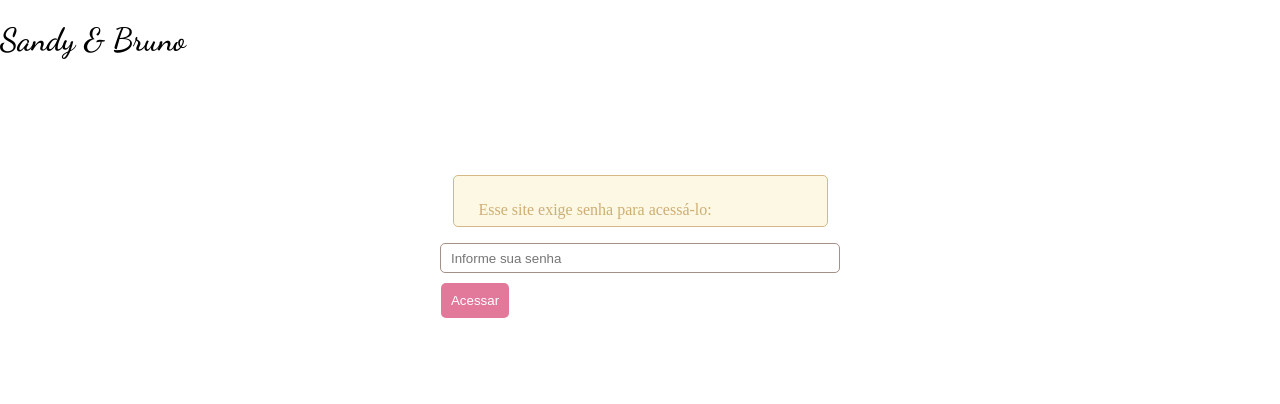
Repository: FerrazNathan/projetoBruno
Page: /login (app in projeto-bruno/)
An editor plug-in stored every save of this project. The page is shown before and after the next save, followed by the edit.
The browser window is 1280 px wide. The pictures show the whole page.
Some web fonts or font styles are not loaded; a fallback is used. The project was rebuilt for these pictures with package versions that can differ from the ones it lists, and the page was loaded fresh each time. The framework's server and built-in components were replaced by stand-ins that run in the browser. Also part of the build but not shown: projeto-bruno/next.config.js.

Above is the page before, as saved 2022-03-16 12:32:43.

### projeto-bruno/pages/_document.js
import Document, { Head, Main, NextScript } from 'next/document';
// Import styled components ServerStyleSheet
import { ServerStyleSheet } from 'styled-components';

export default class MyDocument extends Document {
  static getInitialProps({ renderPage }) {
    // Step 1: Create an instance of ServerStyleSheet
    const sheet = new ServerStyleSheet();

    // Step 2: Retrieve styles from components in the page
    const page = renderPage((App) => (props) =>
      sheet.collectStyles(<App {...props} />),
    );

    // Step 3: Extract the styles as <style> tags
    const styleTags = sheet.getStyleElement();

    // Step 4: Pass styleTags as a prop
    return { ...page, styleTags };
  }

  render() {
    return (
      <html>
        <Head>
          {/* Step 5: Output the styles in the head  */}
          {this.props.styleTags}
          <link rel="preconnect" href="https://fonts.googleapis.com" />
          <link rel="preconnect" href="https://fonts.gstatic.com" crossorigin />
          <link href="https: //fonts.googleapis.com/css2? family= Dancing+Script:wght@600 & display=swap" rel="stylesheet" />
        </Head>
        <body>
          <Main />
          <NextScript />
        </body>
      </html>
    );
  }
}

### projeto-bruno/pages/login.js
import React from 'react'
import Head from 'next/head'
import Form from '../components/Login'
import * as S from '../styles/styleLogin'


export default function Login() {
  return (
    <>
    <Head>
    <title>Projeto Bruno</title>

  </Head>
    <S.Content>
      <S.Box>
        <S.Title>Sandy & Bruno</S.Title>
      </S.Box>
      <Form />
    </S.Content>
    </>
  )
}

### projeto-bruno/styles/globals.css
@import url('https://fonts.googleapis.com/css2?family=Dancing+Script:wght@400;500;600&family=Source+Serif+Pro:wght@200;400&display=swap');

html,
body {
  padding: 0;
  margin: 0;
}

a {
  color: inherit;
  text-decoration: none;
}

* {
  box-sizing: border-box;
}

### projeto-bruno/components/Login/index.js
import React, { useState } from 'react'
import { useRouter } from 'next/router'
import * as S from './styles'

export default function Form() {

  const [password, setPassword] = useState('')
  const acesso = '9876543210'
  const redirect = useRouter()

  const submit = (event) => {
    event.preventDefault()

    if (password === acesso) {
      localStorage.setItem('logged', 'isLogged')
      redirect.push('/')
    }
  }

  return (
    <S.Container onSubmit={submit}>
      <S.Title>Esse site exige senha para acessá-lo:</S.Title>
      <S.Input
        type="password"
        placeholder="Informe sua senha"
        value={password}
        onChange={(event) => setPassword(event.target.value)}
      />
      <S.Button type='submit'>Acessar</S.Button>
    </S.Container>
  )
}

### projeto-bruno/styles/styleLogin.js
import styled from 'styled-components'

export const Content = styled.body`
  /* background-image: url(/src/assets/indice.jpeg); */
`

export const Box = styled.div`

`

export const Title = styled.h1`
  font-family: 'Dancing Script', cursiva;
`

### projeto-bruno/components/Login/styles.js
import styled from 'styled-components';

export const Container = styled.form`
  max-width: 1200px;
  width: 100%;
  margin: 100px auto;
  display: flex;
  align-items: center;
  justify-content: center;
  flex-direction: column;
`

export const Title = styled.p`
  color: #ceae74;
  background-color: #fcf8e3;
  width: 375px;
  height: 25px;
  border-radius: 5px;
  padding: 25px;
  border: 1px solid #d5b985;
  font-weight: 500;
`

export const Input = styled.input`
  width: 400px;
  height: 30px;
  border-radius: 5px;
  border: 1px solid #a49186;
  margin-bottom: 10px;
  outline: 0;
  padding: 10px;
  cursor: pointer;
  &:focus{
    background-color: #e8f0fe;
  }
`

export const Button = styled.button`
  background-color: #e2799b;
  color: #FFF;
  border-radius: 5px;
  border: none;
  padding: 10px;
  margin-right: 330px;
  cursor: pointer;
`

Loaded but not shown: projeto-bruno/pages/_app.js (common file)

After the next save:
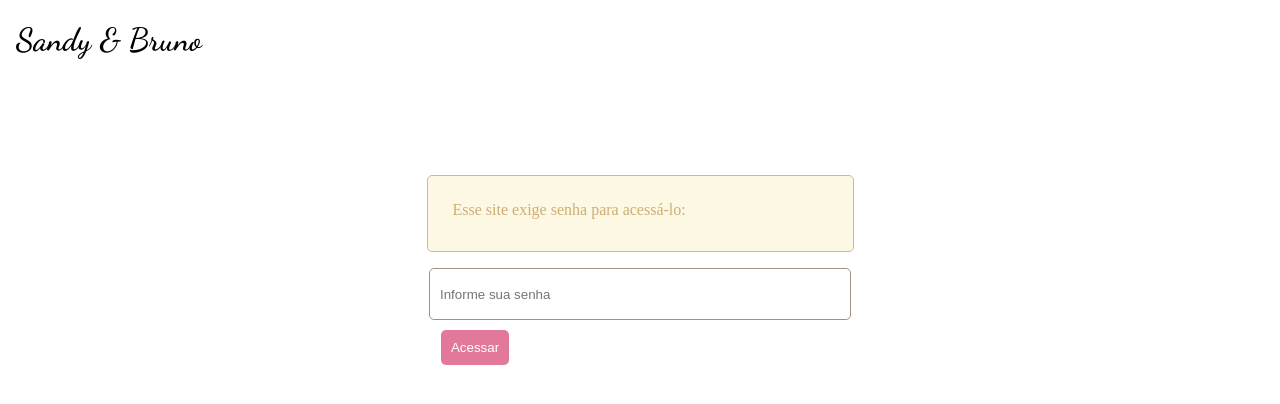
Saved 51 s later.
--- a/projeto-bruno/styles/globals.css
+++ b/projeto-bruno/styles/globals.css
@@ -1,16 +1 @@
 @import url('https://fonts.googleapis.com/css2?family=Dancing+Script:wght@400;500;600&family=Source+Serif+Pro:wght@200;400&display=swap');
-
-html,
-body {
-  padding: 0;
-  margin: 0;
-}
-
-a {
-  color: inherit;
-  text-decoration: none;
-}
-
-* {
-  box-sizing: border-box;
-}
